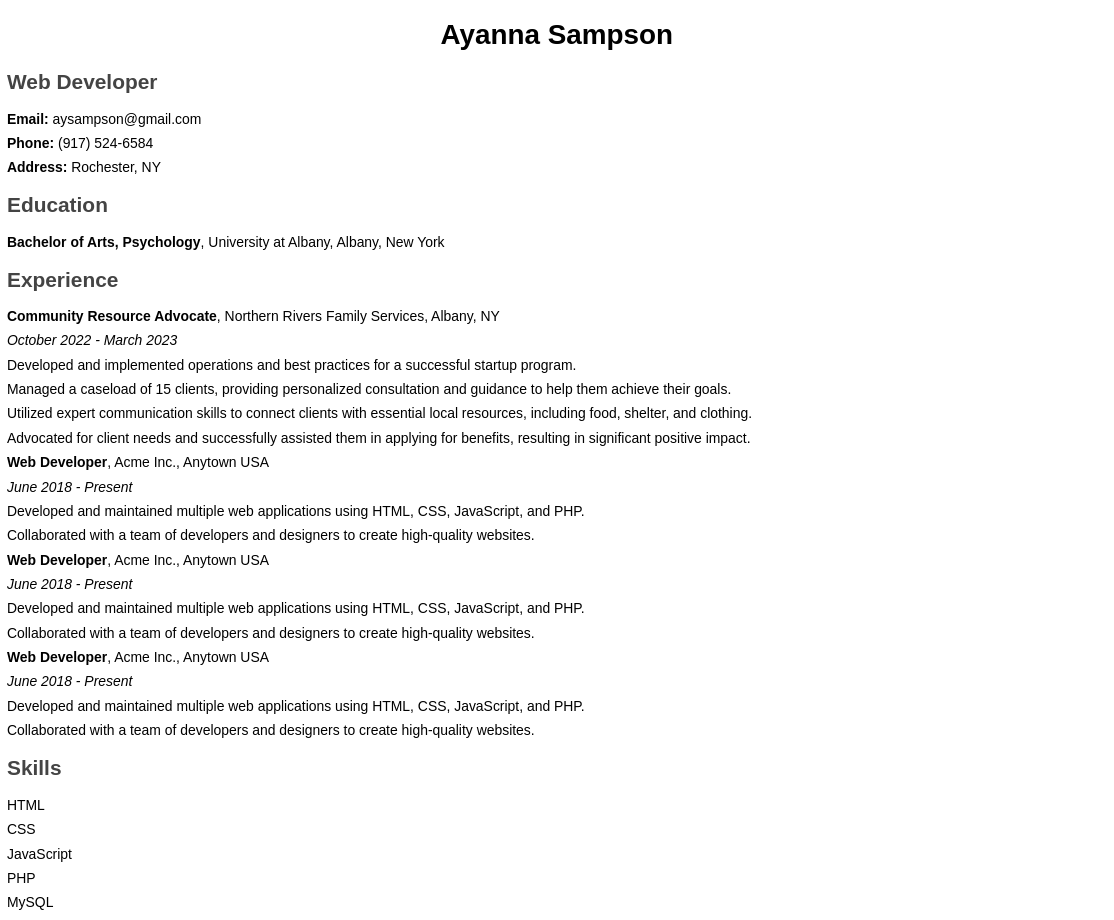
Repository: ayannasampson/htmlresume
Page: resume.html
The author's editor kept a copy of each file at every save. The page is drawn from the files as they stood at one save, then again after the next save.
The browser window is 1280 px wide. The pictures show the whole page, at 87% of full size.

Above is the page before, as saved 2023-03-15 14:24:31.

After the next save:
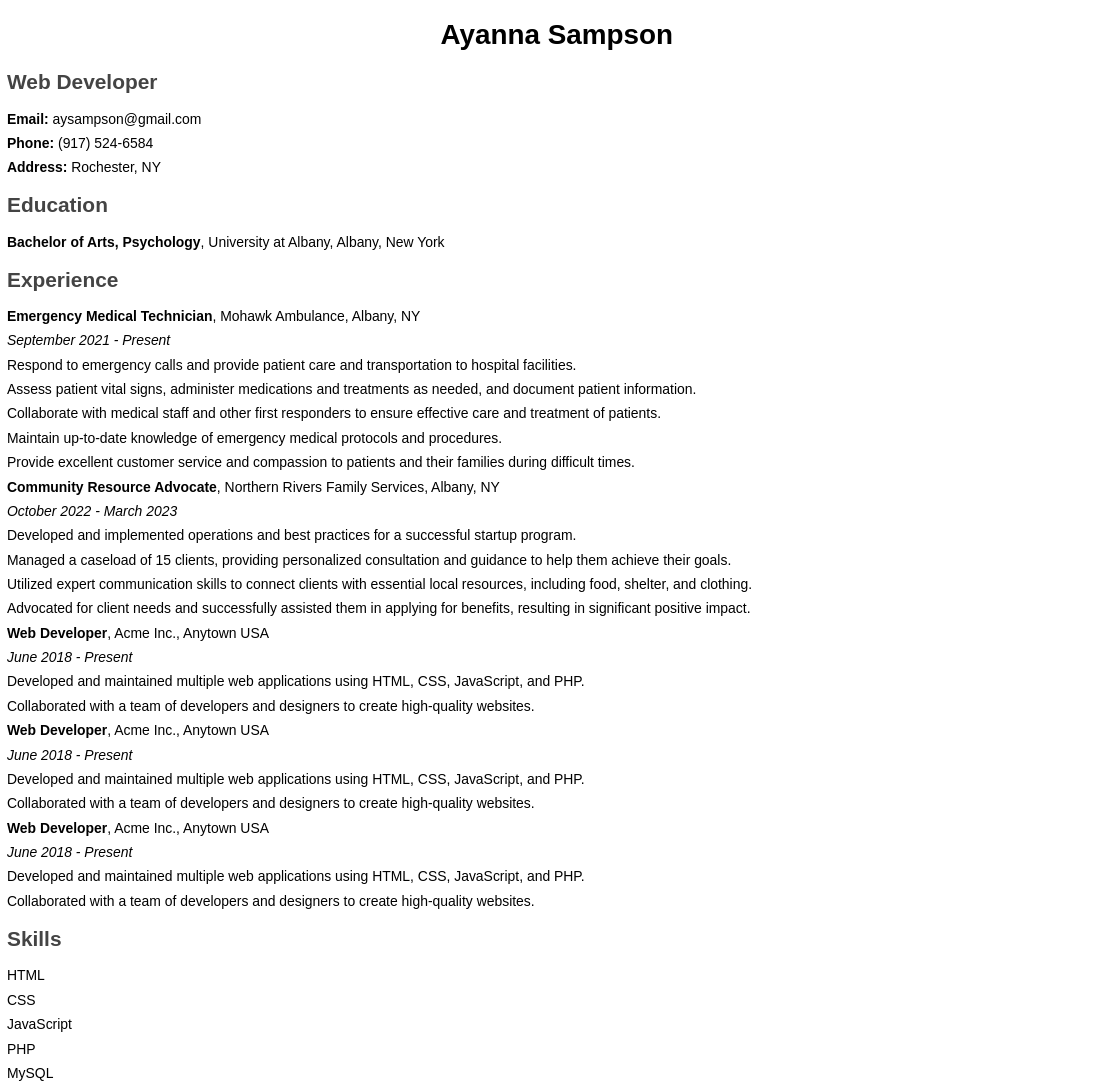
Saved 9 min 7 s later.
--- a/resume.html
+++ b/resume.html
@@ -51,6 +51,15 @@
 
 	<h2>Experience</h2>
 	<ul>
+        <li><span class="bold">Emergency Medical Technician</span>, Mohawk Ambulance, Albany, NY</li>
+		<li><span class="italic">September 2021 - Present</span></li>
+		<li>Respond to emergency calls and provide patient care and transportation to hospital facilities.</li>
+		<li>Assess patient vital signs, administer medications and treatments as needed, and document patient information.</li>
+        <li>Collaborate with medical staff and other first responders to ensure effective care and treatment of patients.</li>
+        <li>Maintain up-to-date knowledge of emergency medical protocols and procedures.</li>
+        <li>Provide excellent customer service and compassion to patients and their families during difficult times.</li>
+
+
 		<li><span class="bold">Community Resource Advocate</span>, Northern Rivers Family Services, Albany, NY</li>
 		<li><span class="italic">October 2022 - March 2023</span></li>
 		<li>Developed and implemented operations and best practices for a successful startup program.</li>
